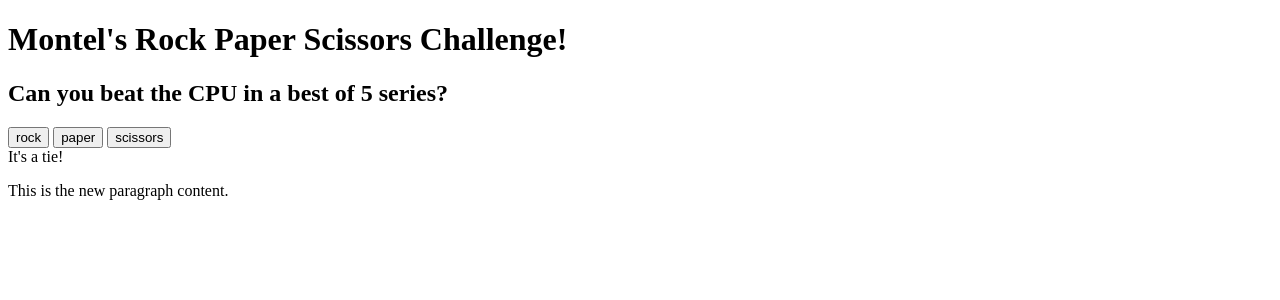
Repository: mnhardy1504/odin-recipes1
Page: repos/member-montel-rockpaperscissors/index.html
The author's editor kept a copy of each file at every save. The page is drawn from the files as they stood at one save, then again after the next save.
The browser window is 1280 px wide. The pictures show the whole page.
After loading, the first visible `button` was clicked once.

Above is the page before, as saved 2023-10-31 19:54:45.

After the next save:
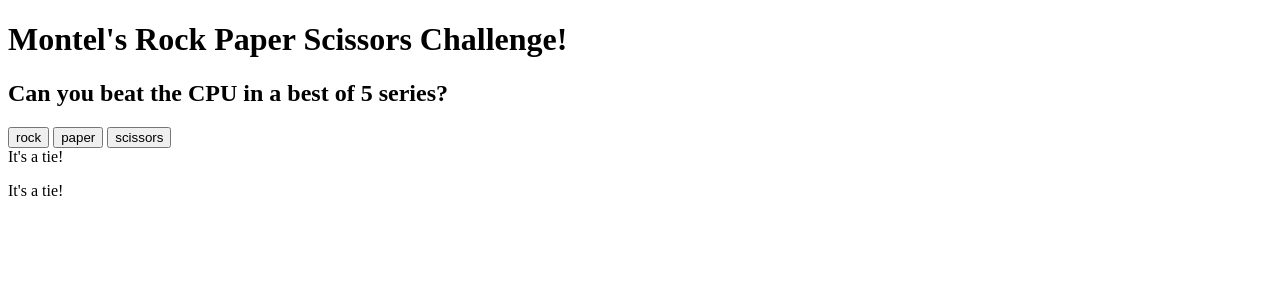
Saved 9 min 49 s later.
--- a/repos/member-montel-rockpaperscissors/index.js
+++ b/repos/member-montel-rockpaperscissors/index.js
@@ -24,13 +24,14 @@ function getComputerChoice() {
       //reply = "This message will appear in the DOM.";
       outputElement.textContent = reply;
 
-      const logsDiv = document.getElementById("logs");
-      const paragraph = document.createElement("p");
-      paragraph.textContent = " This is the new paragraph content.";
-
-      logsDiv.appendChild(paragraph);
-
+   log(reply);
   }
 
+  function log(text){
+    const logsDiv = document.getElementById("logs");
+      const paragraph = document.createElement("p");
+      paragraph.textContent = text;
+      logsDiv.appendChild(paragraph);
+  }
    //console.log(reply);
    // document.getElementById('answer').innerHTML=reply;
